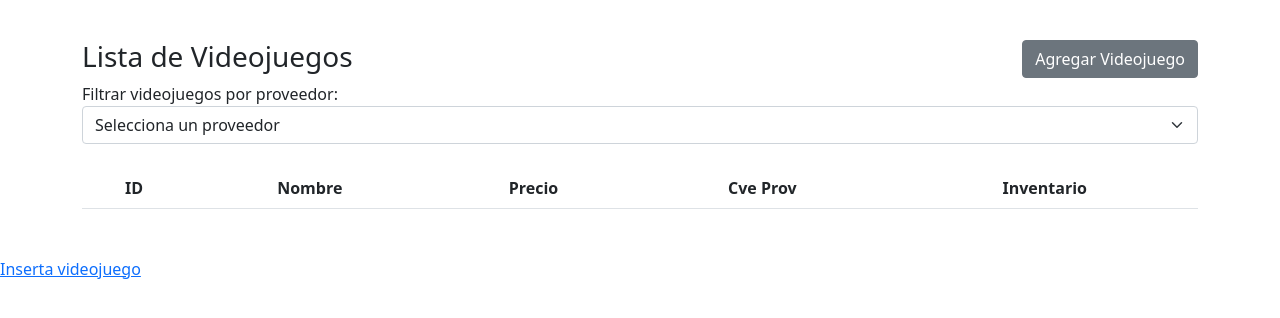
Repository: Jatziri16/JavaEE
Page: http://localhost/TiendaVideojuegos/MostrarVideojuegos.jsp
The author's editor kept a copy of each file at every save. The page is drawn from the files as they stood at one save, then again after the next save.
The browser window is 1280 px wide. The pictures show the whole page.
The page is served by Tomcat 9. Other server files are loaded and not shown. Queries for data that is not in the repository find no rows.

Above is the page before, as saved 2023-12-06 22:26:36.

### TiendaVideojuegos/src/main/webapp/MostrarVideojuegos.jsp
<%@ page language="java" contentType="text/html; charset=UTF-8"
    pageEncoding="UTF-8"%>
<!DOCTYPE html>
<html>
	<head>
		<meta charset="UTF-8">
		<title>Lista de Videojuegos</title>
		<link rel=stylesheet href="css/mostrarVideojuegos.css" type="text/css">
		<link href="https://cdn.jsdelivr.net/npm/bootstrap@5.1.3/dist/css/bootstrap.min.css" rel="stylesheet" integrity="sha384-1BmE4kWBq78iYhFldvKuhfTAU6auU8tT94WrHftjDbrCEXSU1oBoqyl2QvZ6jIW3" crossorigin="anonymous">
	</head>
	<body>
		<!-- Imports -->
		<%@ page import="mx.com.cursodia.javaEE2022.Beans.Videojuego"%>
		<%@ page import="mx.com.cursodia.javaEE2022.Beans.Proveedor"%>
		<%@ page import="java.sql.ResultSet"%>
		<%@ page import="java.sql.SQLException"%>


		<div class="container">
	        <br>
	        <div class="d-flex justify-content-between mt-3">
	        	<h3>Lista de Videojuegos</h3>
	        	<div>
			        <a class="btn btn-secondary" href="FormularioInsertarVideojuego.jsp" role="button"> Agregar Videojuego </a>
			        <!-- <a class="btn btn-secondary" href="MostrarProveedores.do" role="button"> Proveedores </a>-->
	        	</div>
	        </div>

	        <form>
				Filtrar videojuegos por proveedor:
				<select name="Proveedor" class="form-select" id="selectprov">
					<option value="" disabled selected>Selecciona un proveedor</option>
					<option value="Todos">Todos</option>
					<%
						ResultSet rsProv = null;
						try {
							rsProv = Proveedor.getProveedores();

							while(rsProv.next())
							{%>
							<option value="<%= rsProv.getInt("cve_prov") %>"><%= rsProv.getInt("cve_prov") %> - <%= rsProv.getString("nom_prov") %></option>
							<%}
						}
						catch (SQLException e)
						{
							System.out.println("Error al acceder a la Base de Datos " +e.getMessage());
						}
						finally
						{
							if(rsProv != null) rsProv.close();
						}
					%>
				</select>
			</form>

			<table id="dtBasicExample" class="table table-striped mt-4 mb-5">
	        	<thead>
	            	<tr>
	              		<th>ID</th>
	              		<th>Nombre</th>
	              		<th>Precio</th>
	              		<th>Cve Prov</th>
	              		<th>Inventario</th>
	            	</tr>
	          	</thead>
	          	<tbody>

	          		<%
						ResultSet rsVid = null;
						try {
							rsVid = Videojuego.getVideojuegos();

							while(rsVid.next())
							{%>
								<tr>
									<th><%= rsVid.getInt("cve_vid") %></th>
									<td><%= rsVid.getString("tit_vid") %></td>
									<td><%= rsVid.getFloat("pre_vid") %></td>
									<td><%= rsVid.getInt("cveprov_vid") %></td>
									<td><%= rsVid.getInt("inv_vid") %></td>
								</tr>
							<%}
						}
						catch (SQLException e)
						{
							System.out.println("Error al acceder a la Base de Datos" +e.getMessage());
						}
						finally
						{
							if(rsVid != null) rsVid.close();
						}
					%>
	          	</tbody>
	        </table>
		</div>


		<a href="FormularioInsertarVideojuego.jsp">Inserta videojuego</a>
	</body>
</html>

### TiendaVideojuegos/src/main/java/mx/com/cursodia/javaEE2022/Beans/Proveedor.java
package mx.com.cursodia.javaEE2022.Beans;

import java.sql.ResultSet;
import java.sql.SQLException;

import mx.com.cursodia.javaEE2022.DataBaseH.DataBaseHelper;

public class Proveedor {
	private int cve_prov;
	private String nom_prov;
	private String email_prov;
	private String tel_prov;

	public Proveedor() {}

	public Proveedor(int cve_prov, String nom_prov, String email_prov, String tel_prov)
	{
		this.cve_prov = cve_prov;
		this.nom_prov = nom_prov;
		this.email_prov = email_prov;
		this.tel_prov = tel_prov;
	}

	public String getNom_prov()
	{
		return nom_prov;
	}
	public void setNom_prov(String nom_prov)
	{
		this.nom_prov = nom_prov;
	}
	public String getEmail_prov()
	{
		return email_prov;
	}
	public void setEmail_prov(String email_prov)
	{
		this.email_prov = email_prov;
	}
	public String getTel_prov()
	{
		return tel_prov;
	}
	public void setTel_prov(String tel_prov)
	{
		this.tel_prov = tel_prov;
	}
	public int getCve_prov()
	{
		return cve_prov;
	}

	public static ResultSet getProveedores() throws SQLException
	{
		String query = "SELECT * FROM proveedores";
		DataBaseHelper dbh = new DataBaseHelper();
		cerrarConexion();
		return dbh.seleccionarRegistros(query);
	}
	private static void cerrarConexion() throws SQLException
	{
		DataBaseHelper dbh = new DataBaseHelper();
		if(dbh.getCon() != null) dbh.getCon().close();
		if(dbh.getStm() != null) dbh.getStm().close();
	}
}

### TiendaVideojuegos/src/main/java/mx/com/cursodia/javaEE2022/DataBaseH/DataBaseHelper.java
package mx.com.cursodia.javaEE2022.DataBaseH;

import java.sql.Connection;
import java.sql.DriverManager;
import java.sql.ResultSet;
import java.sql.SQLException;
import java.sql.Statement;

public class DataBaseHelper {

	private static final String DRIVER = "com.mysql.cj.jdbc.Driver";
	private static final String URL = "jdbc:mysql://localhost/gamers";
	private static final String USUARIO = "root";
	private static final String CLAVE = "";
	Connection con = null;
	Statement stm = null;

	public Connection getCon() {
		return con;
	}
	public Statement getStm() {
		return stm;
	}

	public int modificarVideojuego(String query) throws SQLException
	{

		int filas = 0;

		try {
			Class.forName(DRIVER);
			con = DriverManager.getConnection(URL, USUARIO, CLAVE); //DB, User, PSW
			stm = con.createStatement();
			filas = stm.executeUpdate(query);
		}
		catch (ClassNotFoundException e)
		{
			System.out.println("Error al cargar el driver" +e.getMessage());
		}
		catch(SQLException e)
		{
			System.out.println("Error accediendo a la DB "+e.getMessage());
		}
		finally
		{
			if(stm != null) stm.close();
			if(con != null) con.close();
		}
		return filas;
	}

	public ResultSet seleccionarRegistros(String query)
	{
		Connection con = null;
		Statement stm = null;
		ResultSet rs = null;

		try {
			Class.forName(DRIVER);
			con = DriverManager.getConnection(URL, USUARIO, CLAVE); //DB, User, PSW
			stm = con.createStatement();
			rs = stm.executeQuery(query);
		}
		catch (ClassNotFoundException e)
		{
			System.out.println("Error al cargar el driver" +e.getMessage());
		}
		catch(SQLException e)
		{
			System.out.println("Error accediendo a la DB "+e.getMessage());
		}
		finally
		{
			//if(stm != null) stm.close();
			//if(con != null) con.close();
			/* Si cerramos aqui el ResultSet, no podrán acceder a los datos cuando lo enviemos*/
			//if(rs != null) rs.close();
		}
		return rs;
	}
}

### TiendaVideojuegos/src/main/java/mx/com/cursodia/javaEE2022/Beans/Videojuego.java
package mx.com.cursodia.javaEE2022.Beans;

import java.sql.ResultSet;
import java.sql.SQLException;

import mx.com.cursodia.javaEE2022.DataBaseH.DataBaseHelper;

public class Videojuego {
	private int cve_vid;
	private String tit_vid;
	private float pre_vid;
	private int cveprov_vid;
	private int inv_vid;

	public Videojuego() {}

	public Videojuego(int cve_vid, String tit_vid, float pre_vid, int cveprov_vid, int inv_vid)
	{
		this.cve_vid = cve_vid;
		this.tit_vid = tit_vid;
		this.pre_vid = pre_vid;
		this.cveprov_vid = cveprov_vid;
		this.inv_vid = inv_vid;
	}
	public String getTit_vid()
	{
		return tit_vid;
	}
	public void setTit_vid(String tit_vid)
	{
		this.tit_vid = tit_vid;
	}
	public float getPre_vid()
	{
		return pre_vid;
	}
	public void setPre_vid(float pre_vid)
	{
		this.pre_vid = pre_vid;
	}
	public int getCveprov_vid()
	{
		return cveprov_vid;
	}
	public void setCveprov_vid(int cveprov_vid)
	{
		this.cveprov_vid = cveprov_vid;
	}
	public int getInv_vid()
	{
		return inv_vid;
	}
	public void setInv_vid(int inv_vid)
	{
		this.inv_vid = inv_vid;
	}
	public int getCve_vid()
	{
		return cve_vid;
	}

	public static void setVideojuego(int cve, String titulo, float precio, int cveprov, int inventario) throws SQLException
	{
		String query = "INSERT INTO videojuegos (cve_vid,tit_vid,pre_vid,cveprov_vid,inv_vid) VALUES ";
		query += "("+cve+",'"+titulo+"',"+precio+","+cveprov+","+inventario+")";
		DataBaseHelper dbh = new DataBaseHelper();
		dbh.modificarVideojuego(query);
		cerrarConexion();
	}
	public static ResultSet getVideojuegos() throws SQLException
	{
		String query = "SELECT * FROM videojuegos";
		DataBaseHelper dbh = new DataBaseHelper();
		cerrarConexion();
		return dbh.seleccionarRegistros(query);
	}

	private static void cerrarConexion() throws SQLException
	{
		DataBaseHelper dbh = new DataBaseHelper();
		if(dbh.getCon() != null) dbh.getCon().close();
		if(dbh.getStm() != null) dbh.getStm().close();
	}
}

### TiendaVideojuegos/src/main/webapp/css/mostrarVideojuegos.css
body {
	background-color: rgba(106, 106, 155, 0.637);
}

tr {
	text-align: center;
}

After the next save:
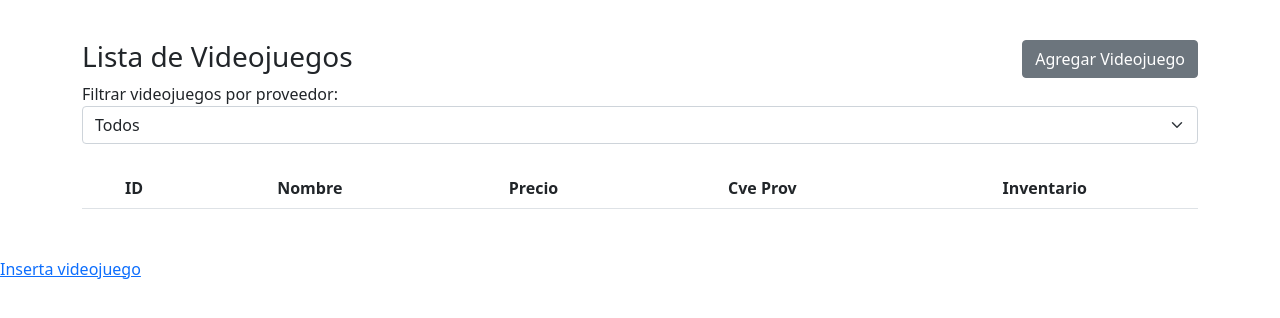
Saved 18 s later.
--- a/TiendaVideojuegos/src/main/webapp/MostrarVideojuegos.jsp
+++ b/TiendaVideojuegos/src/main/webapp/MostrarVideojuegos.jsp
@@ -29,7 +29,7 @@
 	        <form>
 				Filtrar videojuegos por proveedor:
 				<select name="Proveedor" class="form-select" id="selectprov">
-					<option value="" disabled selected>Selecciona un proveedor</option>
+					<option value="" disabled>Selecciona un proveedor</option>
 					<option value="Todos">Todos</option>
 					<%
 						ResultSet rsProv = null;
